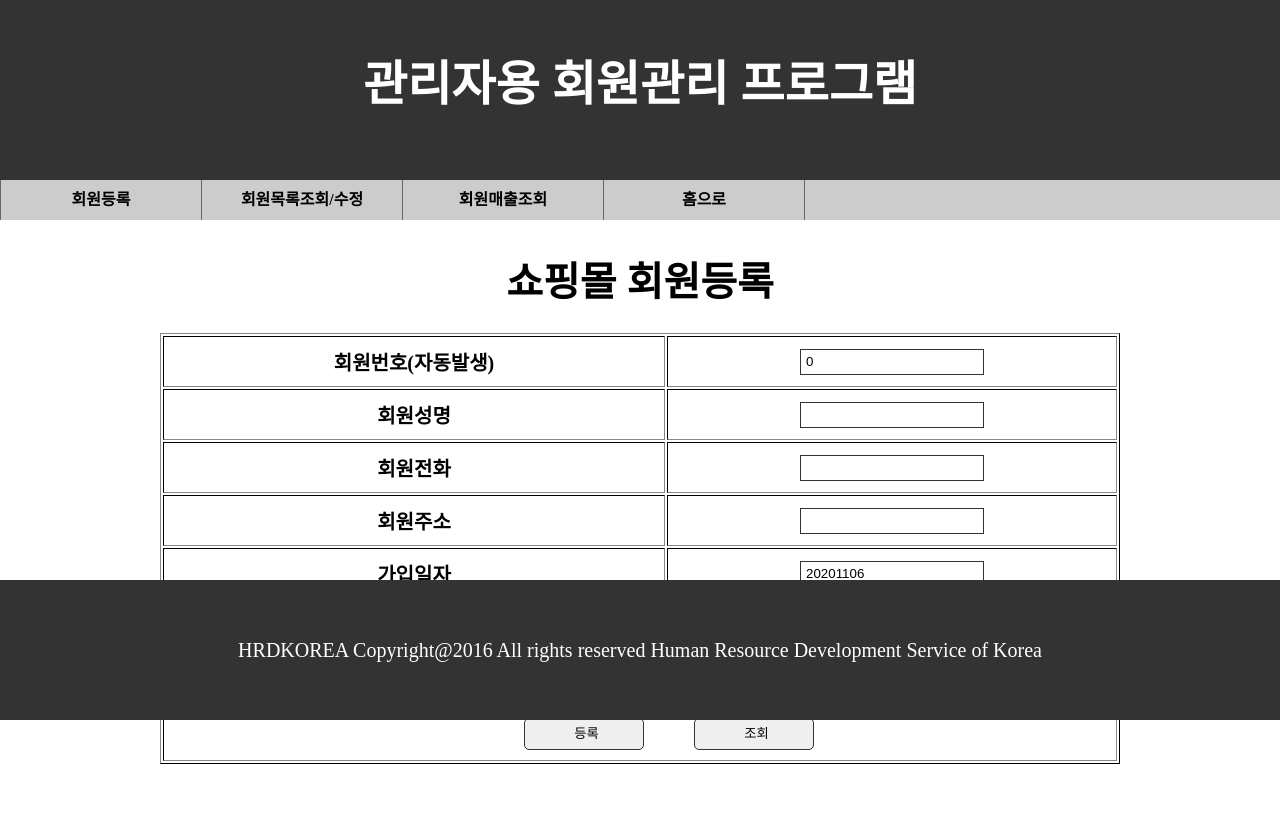
Repository: jsky1234/NCS
Page: http://localhost/HRD_1/memberIns.jsp
The author's editor kept a copy of each file at every save. The page is drawn from the files as they stood at one save, then again after the next save.
The browser window is 1280 px wide. The pictures show the whole page.
The page is served by Tomcat 9. Queries for data that is not in the repository find no rows.

Above is the page before, as saved 2020-11-11 11:03:59.
Console error: ReferenceError: form is not defined

### ncs1/HRD_1/WebContent/memberIns.jsp
<%@ page language="java" contentType="text/html; charset=UTF-8"
    pageEncoding="UTF-8"%>
<%@ page import="java.sql.PreparedStatement" %>
<%@ page import="java.sql.DriverManager" %>
<%@ page import="java.sql.Connection" %>
<%@ page import="java.sql.ResultSet" %>
<%@ page import="DBPKG.DBcon" %>
<%@ page import="java.util.*, java.text.*" %>
<%@ include file="admin_header.jsp" %>
<link rel="stylesheet" href="./css/table.css" />
<style>
.btn {display: block; float: left; width: 120px; line-height: 30px; text-align: center; margin-right: 25px; margin-left: 25px; border-radius: 5px ;}
.btn:first-child { margin-left: 350px;}
input, select { border: 1px solid #333; line-height: 24px; padding-left: 5px;}
</style>
<%@ include file="admin_nav.jsp" %>
<%
request.setCharacterEncoding("utf-8");

Connection conn = null;
PreparedStatement pstmt = null;
ResultSet rs;

Date date = new Date();
SimpleDateFormat simple = new SimpleDateFormat("yyyyMMdd");
String sdate = simple.format(date);

	try {
		conn = DBcon.getConnection();
		String sql = "SELECT * FROM member_tbl_02 ORDER BY custno DESC";
		pstmt = conn.prepareStatement(sql);
		rs = pstmt.executeQuery();

		int i = 0, num = 0;
		while(rs.next()) {
			num = rs.getInt("custno");
			i++;
			num++;
			if(i > 0) break;
		}
%>
<main class="content">
	<section class="page" id="page1">
		<h2 class="page_tit">쇼핑몰 회원등록</h2>
		<div class="main_help">
			<form name="register1" id="register1" action="memberInsPro.jsp" method="get">
				<table class="tb" border="1">
					<tbody>
						<tr>
							<th><label for="custno">회원번호(자동발생)</label></th>
							<td><input type="text" name="custno" id="custno" value="<%=num%>" /></td>
						</tr>
						<tr>
							<th><label for="custname">회원성명</label></th>
							<td><input type="text" name="custname" id="custname" /></td>
						</tr>
						<tr>
							<th><label for="phone">회원전화</label></th>
							<td><input type="text" name="phone" id="phone" /></td>
						</tr>
						<tr>
							<th><label for="address">회원주소</label></th>
							<td><input type="text" name="address" id="address" /></td>
						</tr>
						<tr>
							<th><label for="joindate">가입일자</label></th>
							<td><input type="text" name="joindate" id="joindate" value="<%=sdate%>" /></td>
						</tr>
						<tr>
							<th><label for="grade">고객등급(A:VIP, B:일반, C:직원)</label></th>
							<td>
								<select name="grade" id="grade">
									<option value="">선택안함</option>
									<option value="A">A</option>
									<option value="B">B</option>
									<option value="C">C</option>
								</select>
							</td>
						</tr>
						<tr>
							<th><label for="city">도시코드</label></th>
							<td><input type="text" name="city" id="city" /></td>
						</tr>
						<td colspan="2">
							<input class="btn" type="button" id="submit_btn" value="등록" />
							<input class="btn" type="button" id="search_btn" value="조회" />
						</td>
					</tbody>
				</table>
			</form>
			<script>
			var submit_btn = document.getElementById("submit_btn");
			var search_btn = document.getElementById("search_btn");
			var custname = form.custname
			var phone = form.address
			var grade = form.grade
			var city = form.city

			submit_btn.addEventListener("click", function(e){
				if(custname.value == "") {
					alert("회원성명이 입력되지 않았습니다.");
					custname.focus();
					return;
				}
				if(phone.value == "") {
					alert("전화번호가 입력되지 않았습니다.");
					phone.focus();
					return;
				}
				if(address.value == "") {
					alert("회원주소가 입력되지 않았습니다.");
					address.focus();
					return;
				}
				if(grade.value == "") {
					alert("회원등급이 선택되지 않았습니다.");
					grade.focus();
					return;
				}
				if(city.value == "") {
					alert("도시코드가 입력되지 않았습니다.");
					city.focus();
					return;
				}
				if(custname.value != "" && phone.value != "" && address.value != "" && grade.value != "" && city.value != "") {
					form.submit();
				}
			});

			search_btn.addEventListener("click", function(){
				location.href = memberSearch.jsp
			});
			</script>
		</div>
	</section>
</main>
<%
	} catch(Exception e) {
		System.out.println("ProductBean error : "+e);
	} finally {
		try {
			if(pstmt != null) pstmt.close();
			if(conn != null) conn.close();
		} catch(Exception e) {
			//핸들 에러 프린트
			System.out.println("DB Close error : "+e);
		}
	}
%>
<%@ include file="admin_footer.jsp" %>

### ncs1/HRD_1/WebContent/admin_header.jsp
<%@ page language="java" contentType="text/html; charset=UTF-8"
    pageEncoding="UTF-8"%>
<!DOCTYPE html>
<html>
<head>
<meta charset="UTF-8">
<link rel="stylesheet" href="./css/main.css" />
<title>관리자 모드</title>
</head>
<body>
<header class="hd">
	<h2 class="tit">관리자용 회원관리 프로그램</h2>
</header>

### ncs1/HRD_1/WebContent/admin_nav.jsp
<%@ page language="java" contentType="text/html; charset=UTF-8"
    pageEncoding="UTF-8"%>
<nav class="gnb">
	<ul>
		<li><a href="memberIns.jsp">회원등록</a></li>
		<li><a href="memberList.jsp">회원목록조회/수정</a></li>
		<li><a href="memberSearch.jsp">회원매출조회</a></li>
		<li><a href="admin.jsp">홈으로</a></li>
	</ul>
</nav>

### ncs1/HRD_1/WebContent/admin_footer.jsp
<%@ page language="java" contentType="text/html; charset=UTF-8"
    pageEncoding="UTF-8"%>
<footer class="ft">
	<div class="ft_wrap">
		<div class="admin_copy">
			<p class="copyright">HRDKOREA Copyright@2016 All rights reserved Human Resource Development Service of Korea</p>
		</div>
	</div>
</footer>
</body>
</html>

### ncs1/HRD_1/src/DBPKG/DBcon.java
package DBPKG;

import java.sql.Connection;
import java.sql.DriverManager;
import java.sql.SQLException;

public class DBcon {
	public static Connection getConnection() throws Exception{
		Class.forName("oracle.jdbc.OracleDriver");
		Connection con = DriverManager.getConnection("jdbc:oracle:thin:@//localhost:1521/xe", "system", "1234");
		return con;
	}
}

### ncs1/HRD_1/WebContent/css/main.css
@charset "UTF-8";

* { margin: 0; padding: 0; }
body, html { width: 100%; height: 100%; }
ul { list-style : none; }
a { text-decoration: none; }
button, label, input { outline: 0; border: 0;  }
img { border: 0; }
ol { padding: 30px; }

.hd { clear: both; min-height: 180px; background-color: #333; }
.tit { font-size: 48px; text-align: center; line-height: 140px; color: #fff; padding-top: 15px;}
.gnb { clear: both; height: 40px; background-color: #cccccc; }
.gnb li { float: left; min-width: 120px; width: auto; }
.gnb a { display:block; text-align: center; line-height: 40px; width: 200px; height: 40px; color: #000000; font-weight: 700; border-left: 1px solid #666666; }
.gnb li:last-child { border-right: 1px solid #666666; }

.page { clear: both; padding: 30px 0 30px 0; }
.page_tit { text-align: center; font-size: 40px; }
.item_tit1 { font-size: 24px; margin-top: 30px; }
.item_tit2 { font-size: 18px; margin-top: 40px;}

.ft { clear: both; position: absolute;  width: 100%; bottom: 0; min-height:80px; height: 140px; background-color: #333; }
.copyright { color: #fff; font-size: 20px; text-align: center; margin-top: 20px; line-height: 100px;}

### ncs1/HRD_1/WebContent/css/table.css
@charset "UTF-8";

.main_help { width: 960px; margin: 25px auto; font-size: 20px; }
.main_help ol { padding-top: 5px; }
.tb { display: table; border: 1; border-color: #333; width: 960px; text-align: center;}
.tb tr { display: table-row; }
.tb td, .tb th { display: table-cell; padding: 10px; }
.tb th { width: 480px; }
.tb td { font-size: 14px;}

After the next save:
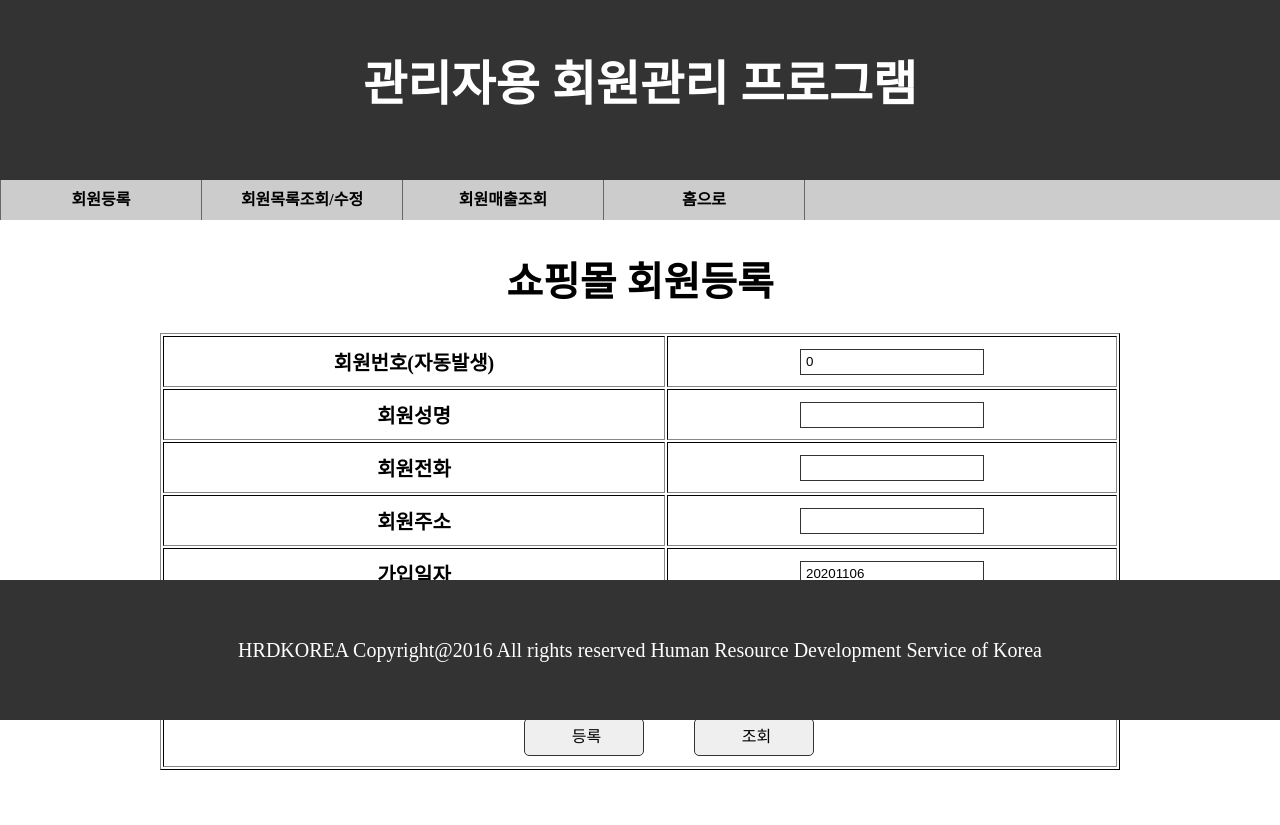
Saved 24 s later.
--- a/ncs1/HRD_1/WebContent/memberIns.jsp
+++ b/ncs1/HRD_1/WebContent/memberIns.jsp
@@ -9,7 +9,7 @@
 <%@ include file="admin_header.jsp" %>
 <link rel="stylesheet" href="./css/table.css" />
 <style>
-.btn {display: block; float: left; width: 120px; line-height: 30px; text-align: center; margin-right: 25px; margin-left: 25px; border-radius: 5px ;}
+.btn {display: block; float: left; width: 120px; line-height: 36px; text-align: center; font-size:16px; margin-right: 25px; margin-left: 25px; border-radius: 5px ;}
 .btn:first-child { margin-left: 350px;}
 input, select { border: 1px solid #333; line-height: 24px; padding-left: 5px;}
 </style>
